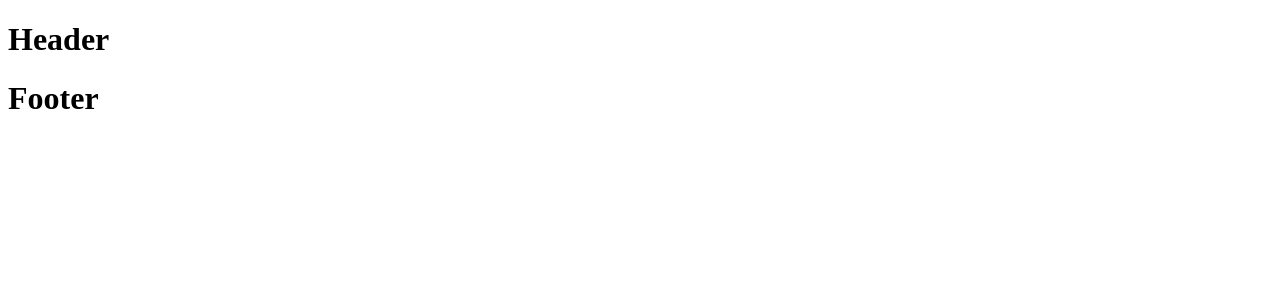
Repository: harshitanthal1/assignments_avisoft
Page: 01-02-2024/assignment_2/index.html
An editor plug-in stored every save of this project. The page is shown before and after the next save, followed by the edit.
The browser window is 1280 px wide. The pictures show the whole page.

Above is the page before, as saved 2024-02-01 13:33:49.

After the next save:
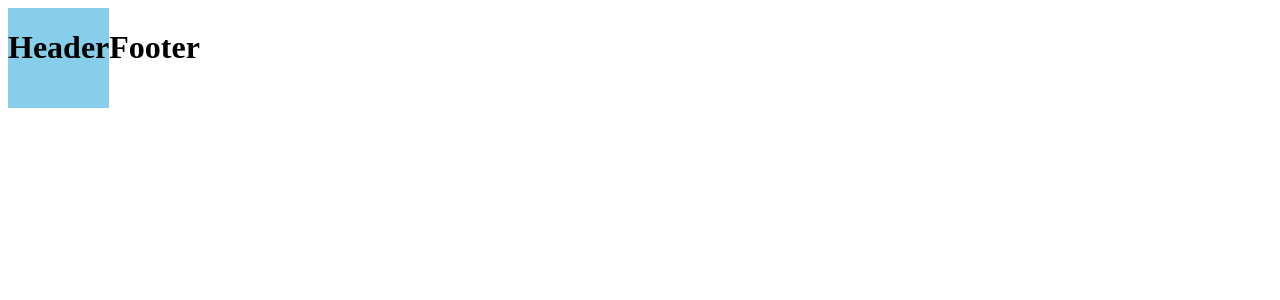
Saved 20 s later.
--- a/01-02-2024/assignment_2/index.html
+++ b/01-02-2024/assignment_2/index.html
@@ -4,7 +4,7 @@
     <meta charset="UTF-8">
     <meta name="viewport" content="width=device-width, initial-scale=1.0">
     <title>Assignment 2</title>
-    <link rel="stlyesheet" href="styles/styles.css" />
+    <link rel="stylesheet" href="styles/styles.css" />
 </head>
 <body>
     <div id="box">
